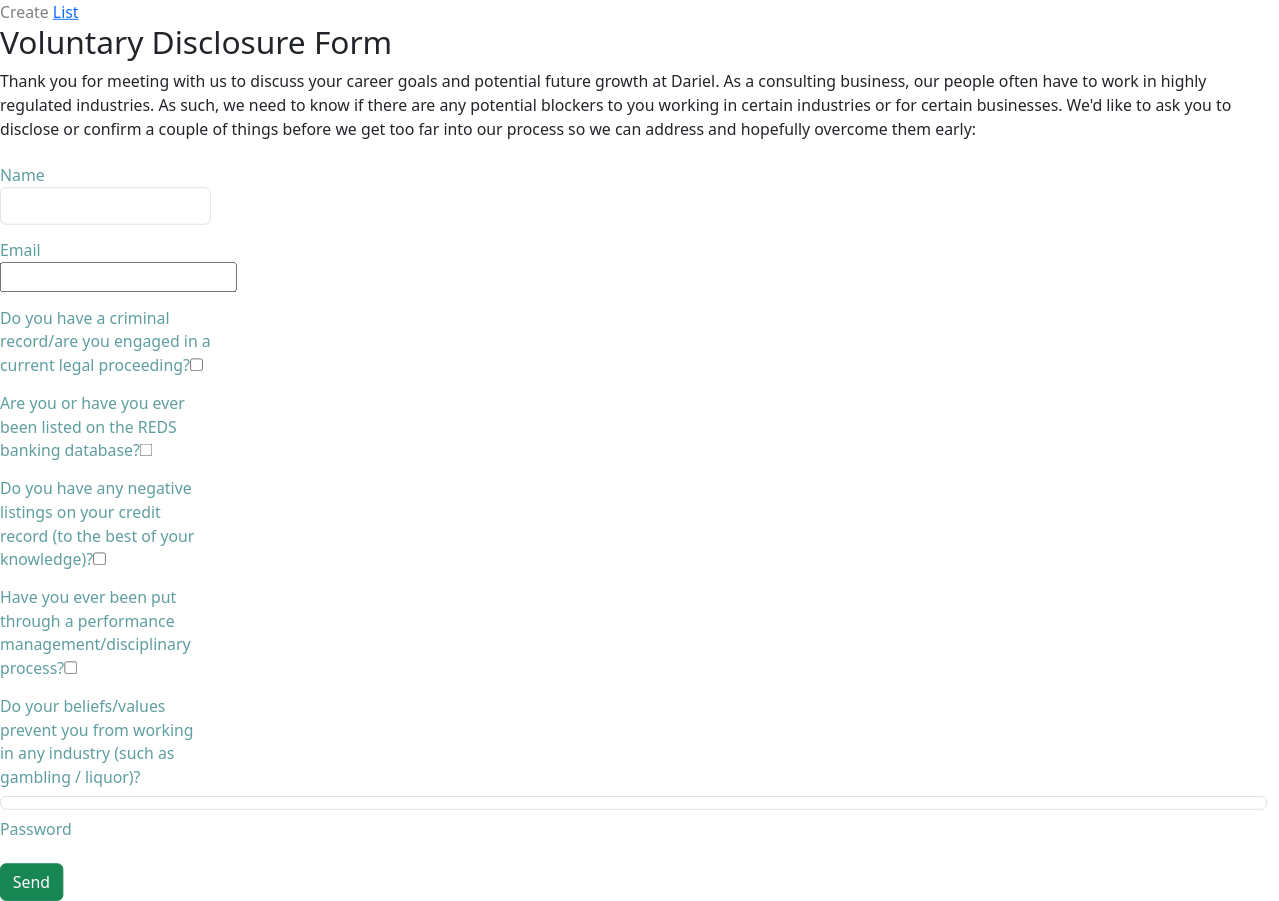
Repository: NtuthukoM/VoluntaryDisclosure
Page: / (app in disclosures-client/)
The author's editor kept a copy of each file at every save. The page is drawn from the files as they stood at one save, then again after the next save.
The browser window is 1280 px wide. The page is 1292 px wide, so the pictures cover 1292 px, including what lies to the right of the window. The pictures show the whole page, at 99% of full size.
The project was rebuilt for these pictures with package versions that can differ from the ones it lists, and the page was loaded fresh each time. Also part of the build but not shown: disclosures-client/src/pages/ListDisclosures.js, disclosures-client/src/pages/DisclosureDetails.js, disclosures-client/src/pages/DisclosureSubmitted.js.

Above is the page before, as saved 2023-05-30 20:42:10.

After the next save:
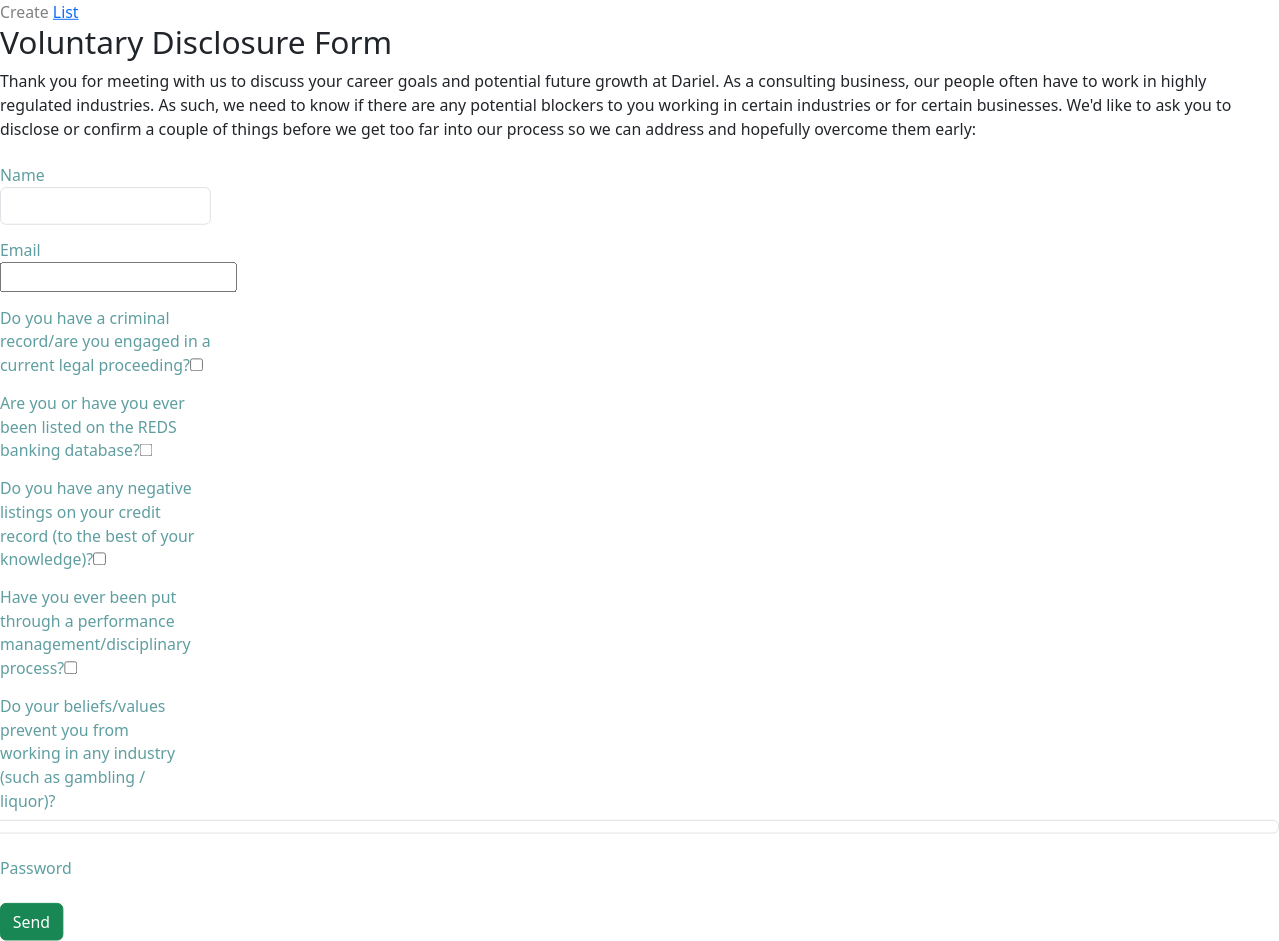
Saved 8 s later.
--- a/disclosures-client/src/pages/CreateDisclosure.js
+++ b/disclosures-client/src/pages/CreateDisclosure.js
@@ -102,7 +102,7 @@ export function CreateDisclosures(){
                         }}  disabled={submitting} />
                 </label>
             </div>
-            <div>
+            <div className="mb-3 row">
                 <label className="col-sm-2 col-form-label">
                 Do your beliefs/values prevent you from working in any industry (such as gambling / liquor)?
                 </label>
